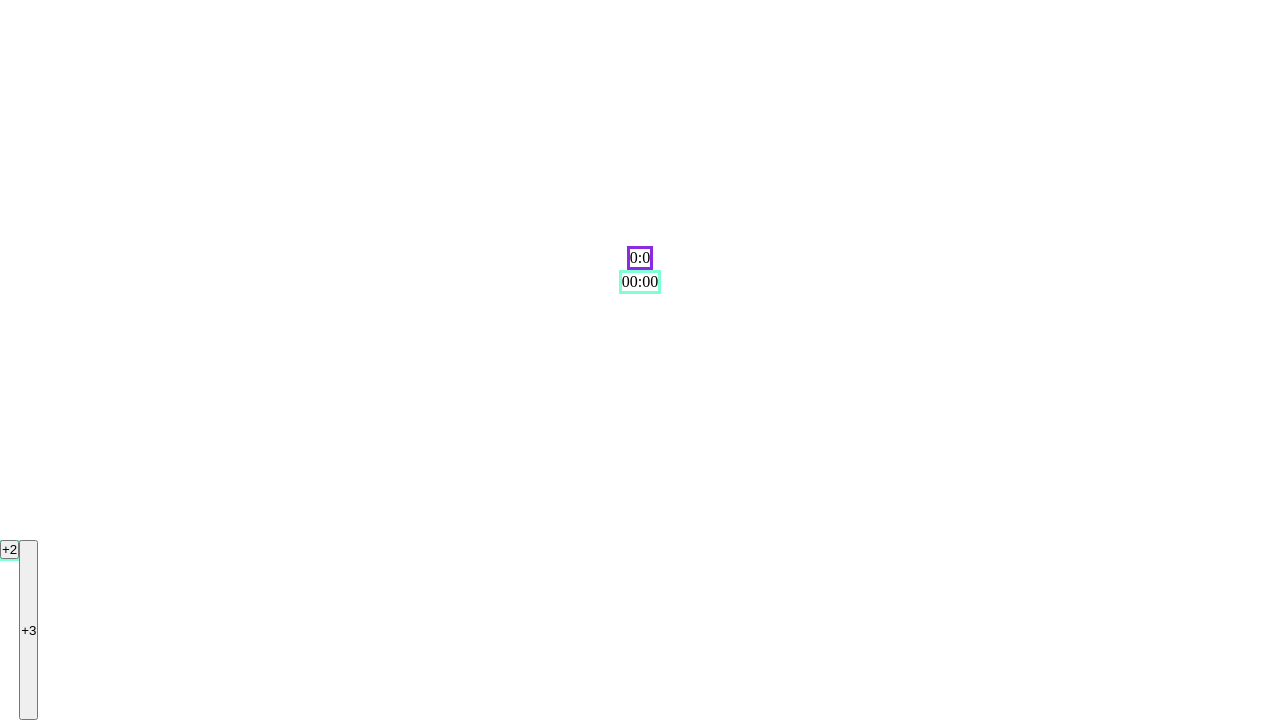
Repository: bollo89/scoreBoard
Page: index.html
The author's editor kept a copy of each file at every save. The page is drawn from the files as they stood at one save, then again after the next save.
The browser window is 1280 px wide. The pictures show the whole page.

Above is the page before, as saved 2022-01-25 11:37:27.
Console error: TypeError: Cannot set properties of null (setting 'innerHTML')

After the next save:
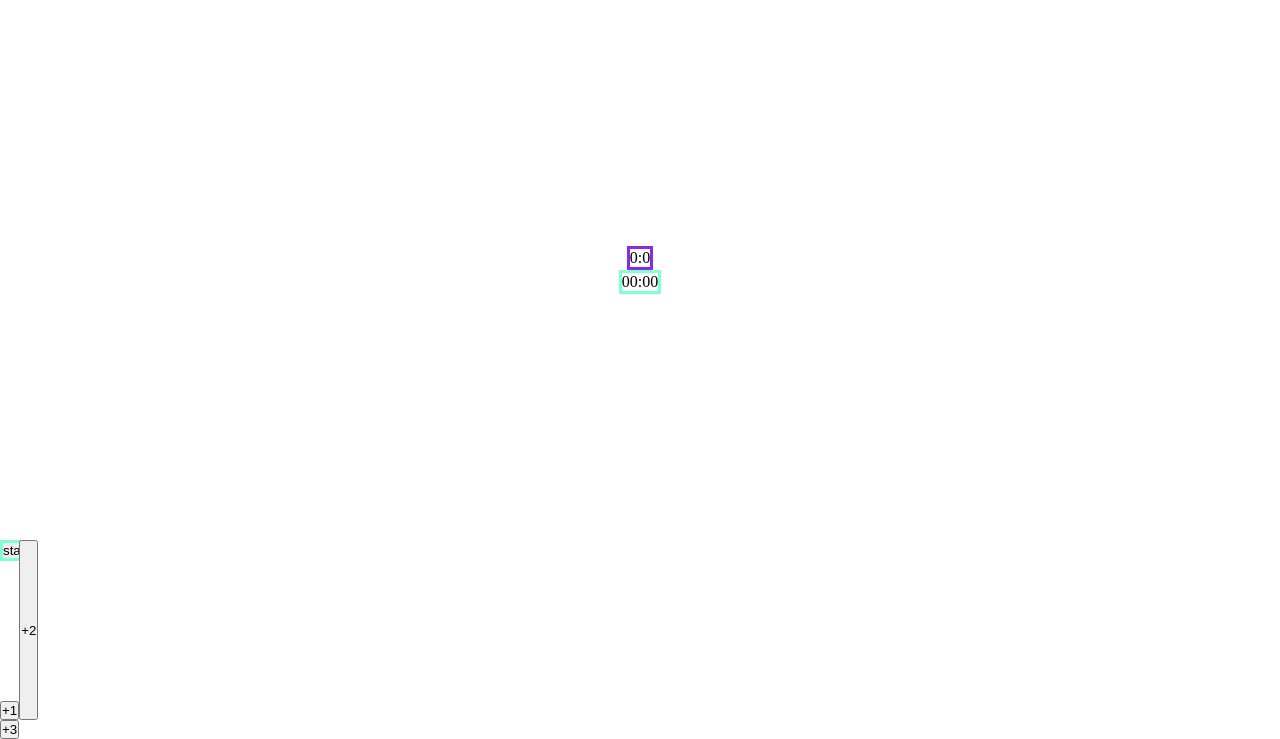
Saved 26 s later.
--- a/index.html
+++ b/index.html
@@ -21,7 +21,7 @@
             <div><button class="btn1h">+1</button></div>
             <div><button class="btn2h">+2</button></div>
             <div><button class="btn3h">+3</button></div>
-        </di>
+        </div>
         <div class="centralMenu">
             <button class="timer">start</button>
         </div>
@@ -29,7 +29,7 @@
             <div></div><button class="btn1a">+1</button></div>
             <div></div><button class="btn2a">+2</button></div>
             <div></div><button class="btn3a">+3</button></div>
-        </section>
+        </div>
     </section>
 <script src="./script.js"></script>
 </body>
